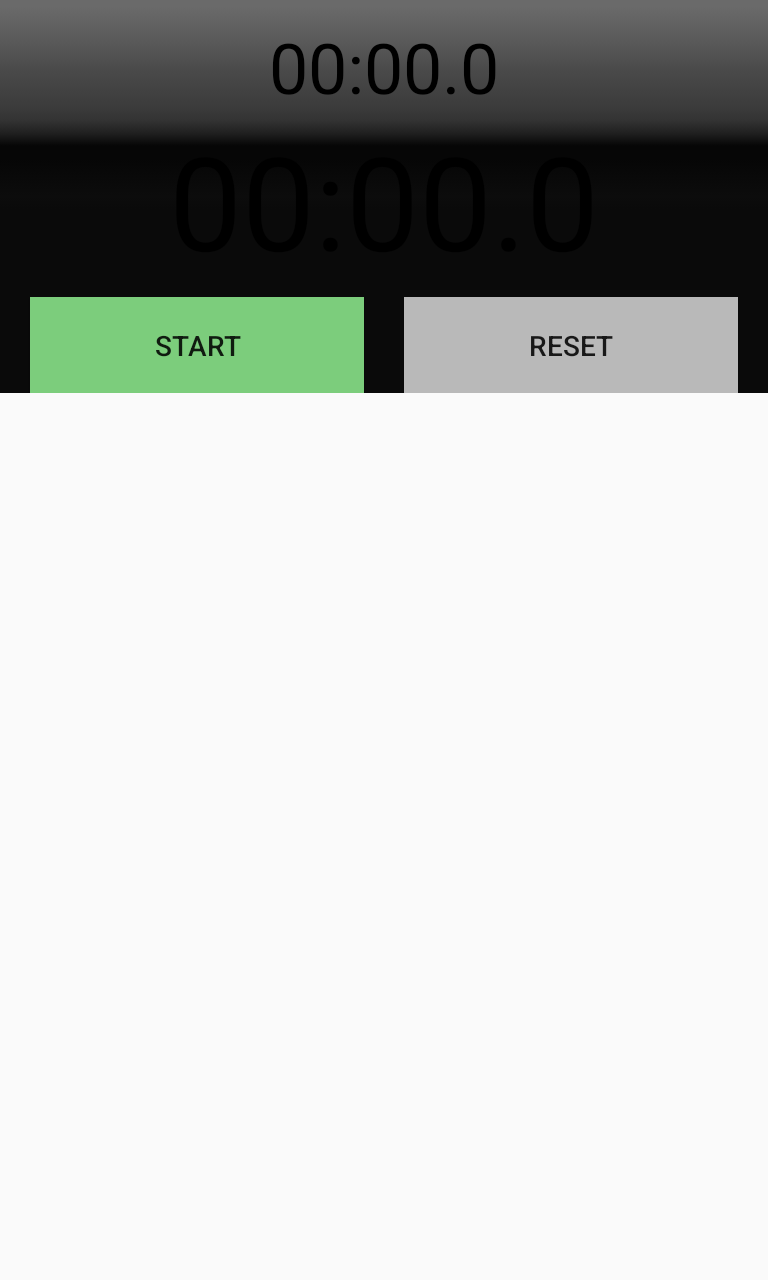
Repository: GitDidNotExitCleanly/AndroidTimer
Layout: G54MDP_Stopwatch/res/layout/fragment_stopwatch.xml
An editor plug-in stored every save of this project. The layout is shown before and after the next save, followed by the edit.
It is drawn on a 768 x 1280 px phone screen (xhdpi) without system bars, with theme AppTheme; the app's code is not run. Lists and similar views that code fills are empty.

Above is the layout before, as saved 2015-03-07 02:19:40.

### G54MDP_Stopwatch/res/layout/fragment_stopwatch.xml
<?xml version="1.0" encoding="utf-8"?>
<LinearLayout xmlns:android="http://schemas.android.com/apk/res/android"
    android:layout_width="match_parent"
    android:layout_height="match_parent"
    android:gravity="center_horizontal"
    android:orientation="vertical" >

        <LinearLayout
            android:layout_width="fill_parent"
            android:layout_height="wrap_content"
            android:gravity="center_horizontal"
            android:orientation="vertical"
            android:background="@drawable/background" >

	        <TextView
	            android:id="@+id/smallTime"
	            android:layout_width="wrap_content"
	            android:layout_height="wrap_content"
	            android:text="00:00.0"
	            android:textSize="@dimen/stopwatch_small_time"
	            android:textColor="#000"
	            android:paddingTop="10dp" />

	        <TextView
	            android:id="@+id/largeTime"
	            android:layout_width="wrap_content"
	            android:layout_height="wrap_content"
	            android:text="00:00.0"
	            android:textSize="@dimen/stopwatch_large_time"
	            android:textColor="#000"
	            android:paddingBottom="5dp" />

	        <LinearLayout
	            android:layout_width="match_parent"
	            android:layout_height="wrap_content"
	            android:gravity="center_horizontal"
	            android:orientation="horizontal"
	             >

	            <Button
	                android:id="@+id/start_stop"
	                android:layout_width="wrap_content"
	                android:layout_height="wrap_content"
	                android:layout_weight="1"
	                android:text="Start"
	                android:layout_marginLeft="15dp"
	                android:layout_marginRight="10dp"
	                android:background="#7CCD7C" />

	            <Button
	                android:id="@+id/reset_lap"
	                android:layout_width="wrap_content"
	                android:layout_height="wrap_content"
	                android:layout_weight="1"
	                android:text="Reset"
	                android:layout_marginLeft="10dp"
	                android:layout_marginRight="15dp"
	                android:background="#B9B9B9" />

	        </LinearLayout>
    </LinearLayout>

    <ListView
        android:id="@+id/timeList"
        android:layout_width="fill_parent"
        android:layout_height="wrap_content"
        android:layout_gravity="center_horizontal" >

    </ListView>

</LinearLayout>

### G54MDP_Stopwatch/res/values/dimens.xml
<resources>

    <!-- Default screen margins, per the Android Design guidelines. -->
    <dimen name="activity_horizontal_margin">16dp</dimen>
    <dimen name="activity_vertical_margin">16dp</dimen>
    <dimen name="stopwatch_large_time">65dp</dimen><dimen name="stopwatch_small_time">35dp</dimen>

</resources>

Loaded but not shown: G54MDP_Stopwatch/res/values/styles.xml (common file); G54MDP_Stopwatch/res/values-v11/styles.xml (common file); G54MDP_Stopwatch/res/values-v14/styles.xml (common file)

After the next save:
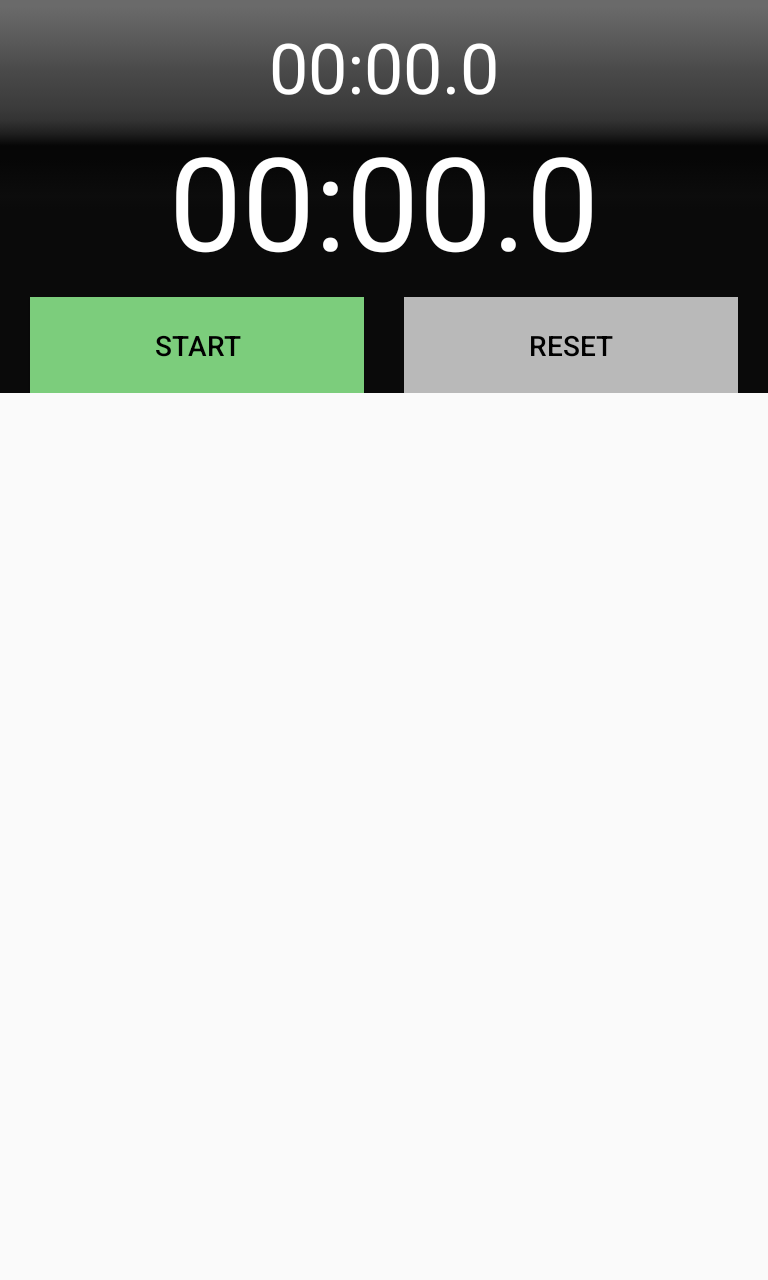
Saved 28 s later.
--- a/G54MDP_Stopwatch/res/layout/fragment_stopwatch.xml
+++ b/G54MDP_Stopwatch/res/layout/fragment_stopwatch.xml
@@ -18,7 +18,7 @@
 	            android:layout_height="wrap_content"
 	            android:text="00:00.0"
 	            android:textSize="@dimen/stopwatch_small_time"
-	            android:textColor="#000"
+	            android:textColor="#fff"
 	            android:paddingTop="10dp" />
 
 	        <TextView
@@ -27,15 +27,14 @@
 	            android:layout_height="wrap_content"
 	            android:text="00:00.0"
 	            android:textSize="@dimen/stopwatch_large_time"
-	            android:textColor="#000"
+	            android:textColor="#fff"
 	            android:paddingBottom="5dp" />
 
 	        <LinearLayout
 	            android:layout_width="match_parent"
 	            android:layout_height="wrap_content"
 	            android:gravity="center_horizontal"
-	            android:orientation="horizontal"
-	             >
+	            android:orientation="horizontal" >
 
 	            <Button
 	                android:id="@+id/start_stop"
@@ -43,6 +42,7 @@
 	                android:layout_height="wrap_content"
 	                android:layout_weight="1"
 	                android:text="Start"
+	                android:textColor="#000"
 	                android:layout_marginLeft="15dp"
 	                android:layout_marginRight="10dp"
 	                android:background="#7CCD7C" />
@@ -53,6 +53,7 @@
 	                android:layout_height="wrap_content"
 	                android:layout_weight="1"
 	                android:text="Reset"
+	                android:textColor="#000"
 	                android:layout_marginLeft="10dp"
 	                android:layout_marginRight="15dp"
 	                android:background="#B9B9B9" />
